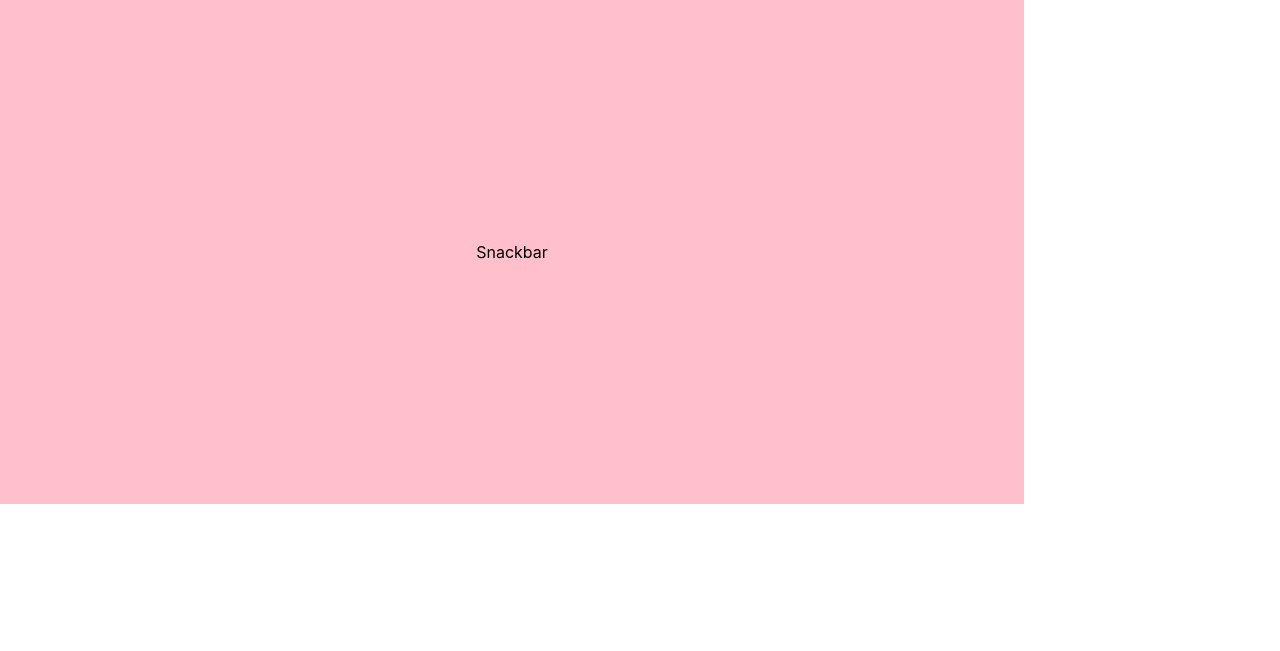
Repository: KrzysKolo/sr_tydzien5_zad2
Page: /
An editor plug-in stored every save of this project. The page is shown before and after the next save, followed by the edit.
The browser window is 1280 px wide. The pictures show the whole page.
The project was rebuilt for these pictures with package versions that can differ from the ones it lists, and the page was loaded fresh each time.

Above is the page before, as saved 2020-12-21 15:49:14.

### public/index.html
<!DOCTYPE html>
<html lang="en">
  <head>
    <meta charset="utf-8" />
    <link rel="icon" href="%PUBLIC_URL%/favicon.ico" />
    <meta name="viewport" content="width=device-width, initial-scale=1" />
    <meta name="theme-color" content="#000000" />
    <meta
      name="description"
      content="Web site created using create-react-app"
    />
    <link rel="apple-touch-icon" href="%PUBLIC_URL%/logo192.png" />
    <!--
      manifest.json provides metadata used when your web app is installed on a
      user's mobile device or desktop. See https://developers.google.com/web/fundamentals/web-app-manifest/
    -->
    <link rel="manifest" href="%PUBLIC_URL%/manifest.json" />
    <!--
      Notice the use of %PUBLIC_URL% in the tags above.
      It will be replaced with the URL of the `public` folder during the build.
      Only files inside the `public` folder can be referenced from the HTML.

      Unlike "/favicon.ico" or "favicon.ico", "%PUBLIC_URL%/favicon.ico" will
      work correctly both with client-side routing and a non-root public URL.
      Learn how to configure a non-root public URL by running `npm run build`.
    -->
    <title>Zad 2 - snackbar</title>
  </head>
  <body>
    <noscript>You need to enable JavaScript to run this app.</noscript>
    <div id="root"></div>
    <!--
      This HTML file is a template.
      If you open it directly in the browser, you will see an empty page.

      You can add webfonts, meta tags, or analytics to this file.
      The build step will place the bundled scripts into the <body> tag.

      To begin the development, run `npm start` or `yarn start`.
      To create a production bundle, use `npm run build` or `yarn build`.
    -->
  </body>
</html>

### src/App.js
import React from 'react';
import './App.css';
const App = () => {
  return (
    <div className="wrapper--btn">
      Snackbar
    </div>
  )
}

export default App;

### src/App.css
* {
  box-sizing: border-box;
  margin: 0;
  position: relative;
}
body {
  width: 100vw;
  height: 100vh;
}
.wrapper--btn {
  width: 80vw;
  height: 70vh;
  background: pink;
  display: flex;
  flex-direction: row;
  justify-content: center;
  align-items: center;
}

Loaded but not shown: src/index.js (common file); src/index.css (common file)

After the next save:
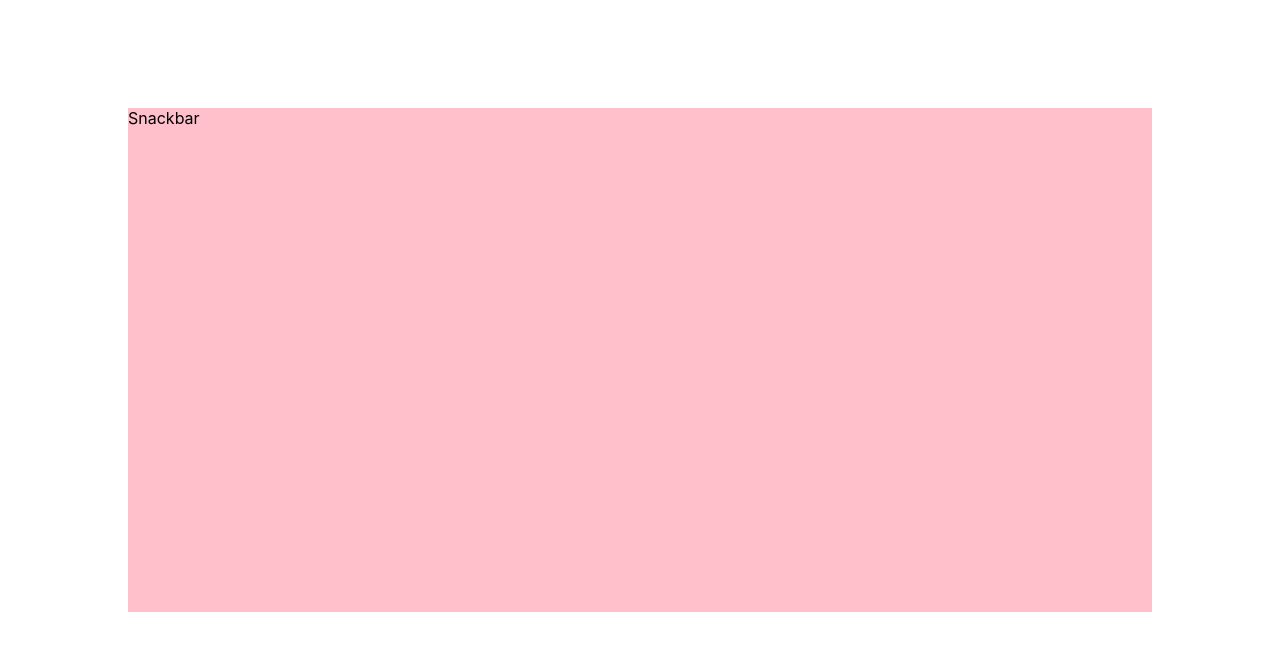
Saved 17 s later.
--- a/src/App.css
+++ b/src/App.css
@@ -6,13 +6,13 @@
 body {
   width: 100vw;
   height: 100vh;
+  display: flex;
+  flex-direction: row;
+  justify-content: center;
+  align-items: center;
 }
 .wrapper--btn {
   width: 80vw;
   height: 70vh;
   background: pink;
-  display: flex;
-  flex-direction: row;
-  justify-content: center;
-  align-items: center;
 }
